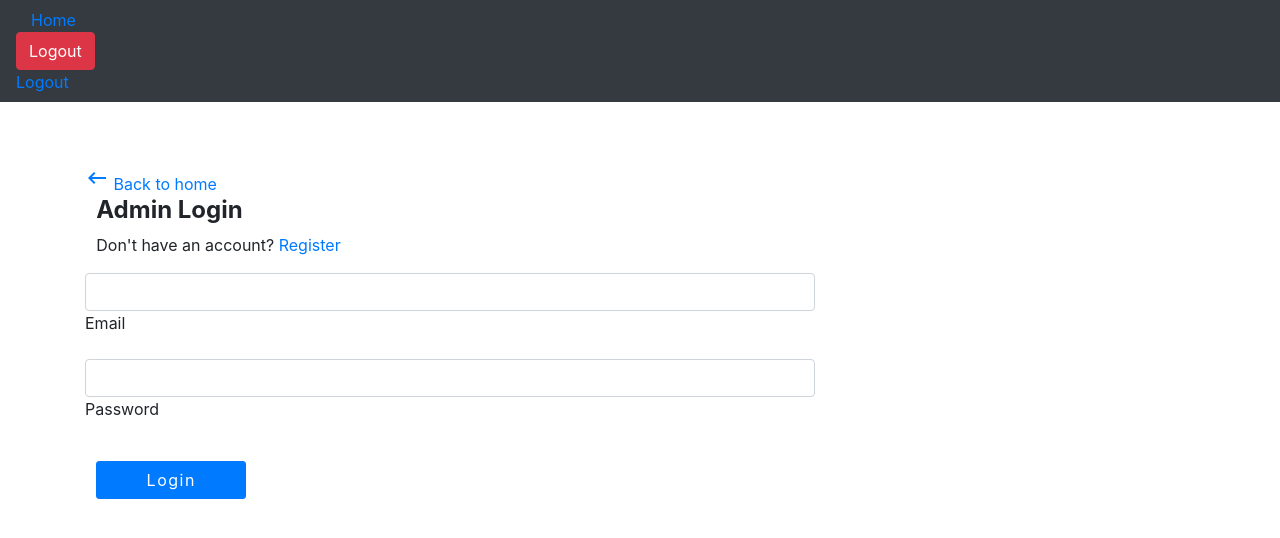
Repository: oba14/start-chat
Page: / (app in client/)
These files come from the project's save history. The page is drawn as it stood at one moment and after the next save; the edit follows.
The browser window is 1280 px wide. The pictures show the whole page.
The page's requests for data from a server got no answer. The project was rebuilt for these pictures with package versions that can differ from the ones it lists, and the page was loaded fresh each time. No one was signed in, and anything a server would have sent is missing. Also part of the build but not shown: client/src/components/pages/LandingPage.js, client/src/components/component/Chat.css, client/src/components/component/ChatWindow.js, client/src/components/component/ChatBox.js, client/src/components/component/Users.js, client/src/components/pages/Chat.js, client/src/components/pages/NotFound.js, client/src/components/auth/Register.js and 1 more.

Above is the page before, as saved 2020-01-22 22:34:50.

After the next save:
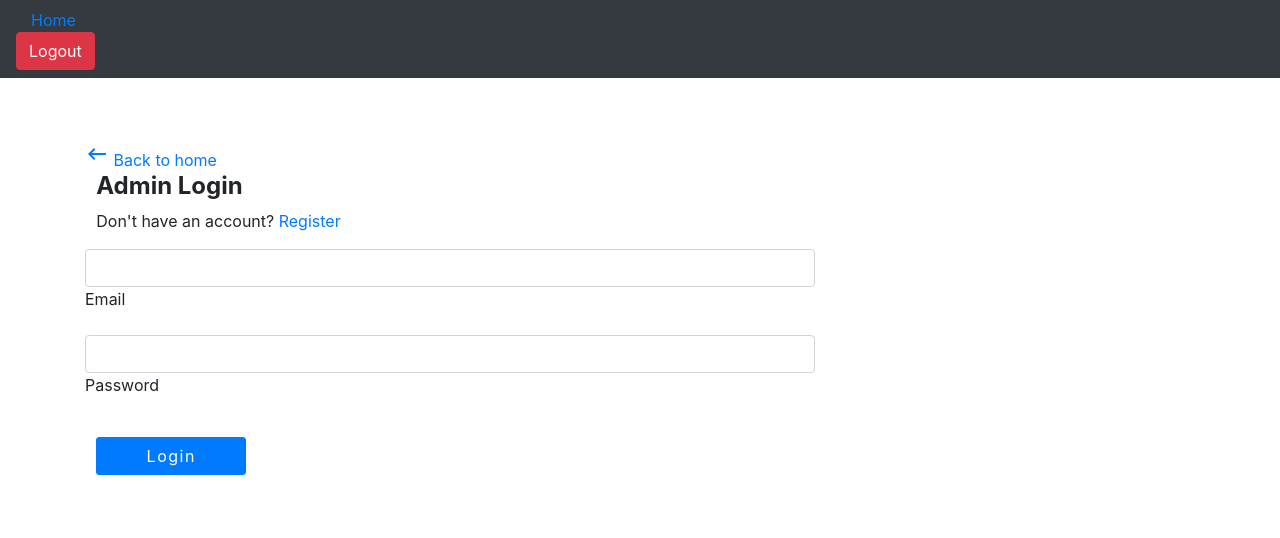
Saved 4 min 29 s later.
--- a/client/src/components/component/Navbar.js
+++ b/client/src/components/component/Navbar.js
@@ -4,7 +4,7 @@ import { useSelector, useDispatch } from 'react-redux';
 
 import { setUsers, newUserJoined } from '../../actions/users';
 import { disconnect } from '../../actions/user';
-import { logoutUser } from "../../actions/authActions";
+import {logoutUser} from '../../actions/authActions'
 
 const Navbar = () => {
 
@@ -38,15 +38,13 @@ const Navbar = () => {
               to="/"
               className=" col s5 black-text">
               Home
-              <div className='right'>
-                <button type="button" className='btn btn-danger' onClick={() => dispatch(logoutUser())}>
-                  Logout
-                </button>
-              </div>
-
-              Logout
             </NavLink>
 
+            <div className='right'>
+              <button type="button" className='btn btn-danger' onClick={() => dispatch(logoutUser())}>
+                Logout
+              </button>
+            </div>
             {user.username &&
             <NavLink exact activeClassName="active"
               to="/chat"
